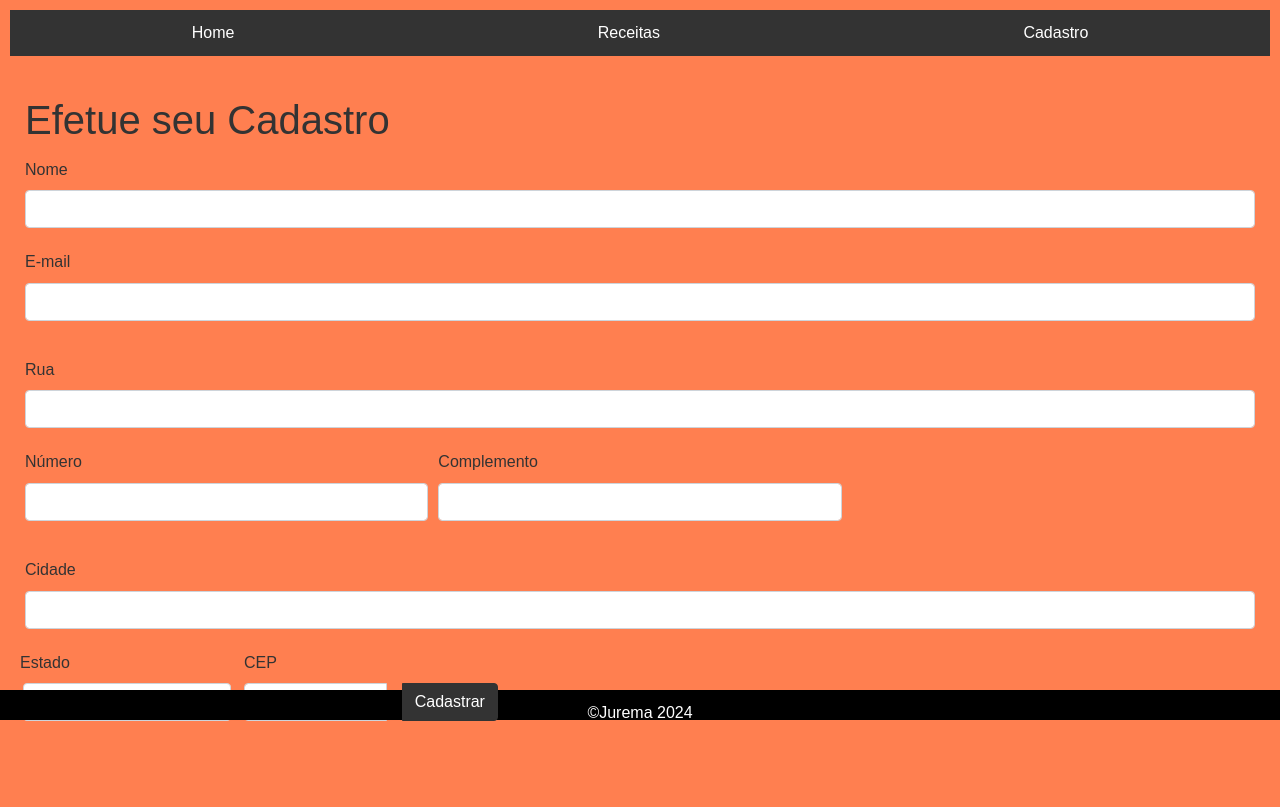
Repository: devropaes/RECEITAS
Page: OneDrive/Área de Trabalho/Estudos/Estácio/receitas/cadastro.html
The author's editor kept a copy of each file at every save. The page is drawn from the files as they stood at one save, then again after the next save.
The browser window is 1280 px wide. The pictures show the whole page.

Above is the page before, as saved 2024-03-15 18:59:47.

After the next save:
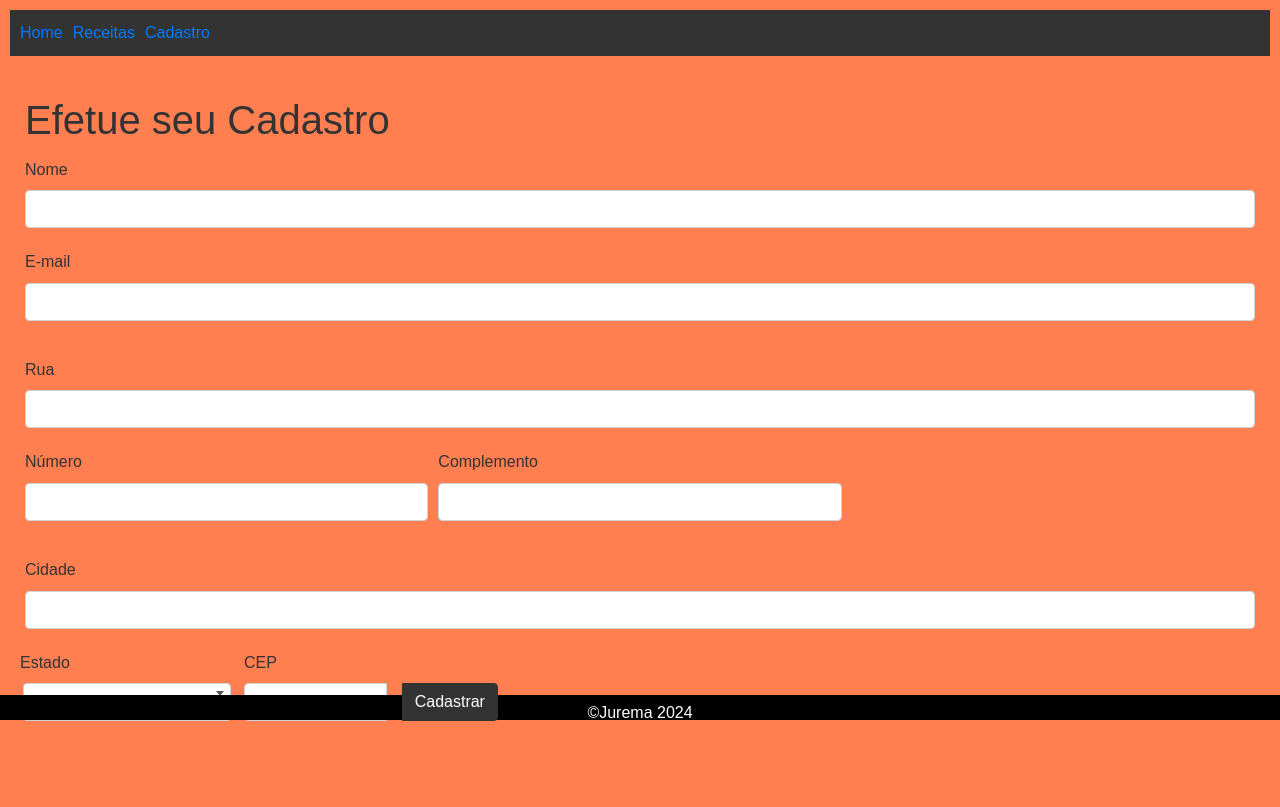
Saved 4 min 29 s later.
--- a/OneDrive/Área de Trabalho/Estudos/Estácio/receitas/formatos.css
+++ b/OneDrive/Área de Trabalho/Estudos/Estácio/receitas/formatos.css
@@ -27,24 +27,22 @@ body {
 
 .navlist {
     background-color: var(--cor-secundaria); /* Cor de fundo da lista */
-    padding: 10px 20px; /* Adicionado */
+    padding: 10px; /* Adicionado */
     list-style: none;
-    padding: 0;
     display: flex;
-    justify-content: space-around;
+    justify-content: flex-start;
     max-width: 100%;
 }
 
 .navlist li {
     display: inline;
-    margin-right: 20px;
-    margin: 10px;
-    max-width: 100%;
+    margin-right: 10px;
+
 }
 
 .navlist a {
     text-decoration: none;
-    color: var(--cor-terciaria);
+    color: var(--cor-hover;
     font-family: var(--font-primaria);
     font-size: 1em;
     font-weight: normal;
